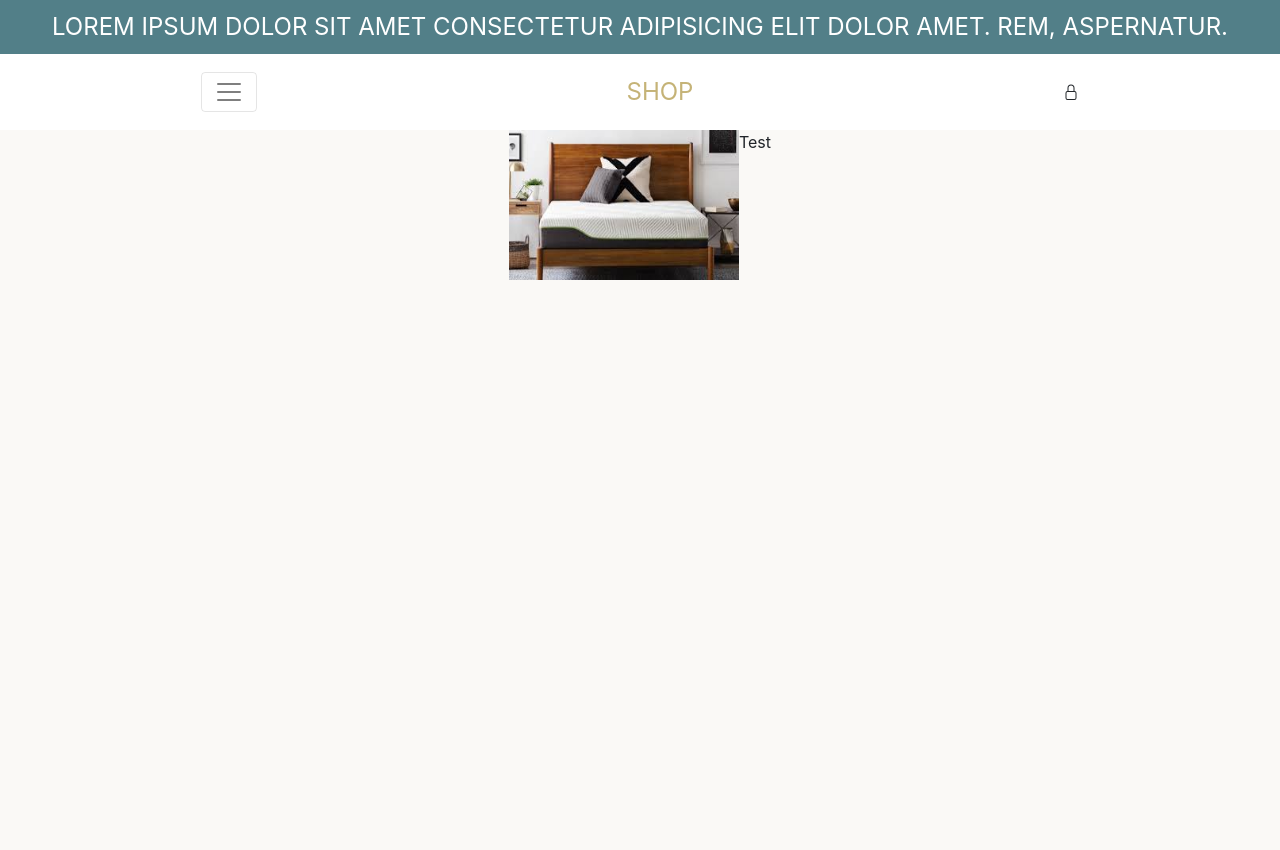
Repository: DaNiels89/frontendassignmentbogbootcamp
Page: index.html
These files come from the project's save history. The page is drawn as it stood at one moment and after the next save; the edit follows.
The browser window is 1280 px wide. The pictures show the whole page.

Above is the page before, as saved 2020-03-19 18:20:31.

### index.html
<!DOCTYPE html>
<html lang="en">
  <head>
    <meta charset="UTF-8" />
    <meta name="viewport" content="width=device-width, initial-scale=1.0" />
    <title>Front end Assignment - Carousel</title>
    <link
      rel="stylesheet"
      href="https://stackpath.bootstrapcdn.com/bootstrap/4.3.1/css/bootstrap.min.css"
      integrity="sha384-ggOyR0iXCbMQv3Xipma34MD+dH/1fQ784/j6cY/iJTQUOhcWr7x9JvoRxT2MZw1T"
      crossorigin="anonymous"
    />
    <link rel="stylesheet" href="css/styles.css" />
  </head>
  <body>
    <div class="promotion-bar">
      LOREM IPSUM DOLOR SIT AMET CONSECTETUR ADIPISICING ELIT DOLOR AMET. REM,
      ASPERNATUR.
    </div>

    <div class="pos-f-t">
      <div class="collapse" id="navbarToggleExternalContent">
        <div class="bg-dark p-4">
          <h4 class="text-white">Collapsed content</h4>
          <span class="text-muted">Toggleable via the navbar brand.</span>
        </div>
      </div>
      <nav class="navbar navbar-light bg-white">
        <button
          class="navbar-toggler"
          type="button"
          data-toggle="collapse"
          data-target="#navbarToggleExternalContent"
          aria-controls="navbarToggleExternalContent"
          aria-expanded="false"
          aria-label="Toggle navigation"
        >
          <span class="navbar-toggler-icon"></span>
        </button>

        <div class="navbar-div">SHOP</div>

        <svg
          class="bi bi-lock"
          width="1em"
          height="1em"
          viewBox="0 0 16 16"
          fill="currentColor"
          xmlns="http://www.w3.org/2000/svg"
        >
          <path
            fill-rule="evenodd"
            d="M11.5 8h-7a1 1 0 00-1 1v5a1 1 0 001 1h7a1 1 0 001-1V9a1 1 0 00-1-1zm-7-1a2 2 0 00-2 2v5a2 2 0 002 2h7a2 2 0 002-2V9a2 2 0 00-2-2h-7zm0-3a3.5 3.5 0 117 0v3h-1V4a2.5 2.5 0 00-5 0v3h-1V4z"
            clip-rule="evenodd"
          />
        </svg>
      </nav>
    </div>

    <div class="carousel-outer-div">
      <div class="carousel-inner-div">
        <img class="get-image" src="img/bed1.jpeg" alt="" />
        <div class="right-carousel">Test</div>
      </div>
    </div>
  </body>
</html>

### css/styles.css
* {
  box-sizing: border-box;
  margin: 0;
  padding: 0;
}

/* Promotion bar */
.promotion-bar {
  background-color: rgb(82, 127, 136);
  color: white;
  font-size: 1.5rem;
  text-align: center;
  width: 100%;
  height: auto;
  padding: 9px;
}

/* Navigation bar */
.navbar {
  width: 100%;
  display: flex;
  justify-content: space-around;
  margin: 10px 0;
}

.navbar-div {
  color: rgb(197, 179, 119);
  font-size: 1.5rem;
  text-align: center;
  align-items: center;
}

/* Carousel div */
.carousel-outer-div {
  background-color: rgb(250, 249, 246);
  height: 100vh;
  width: auto;
}

.carousel-inner-div {
  display: flex;
  justify-content: center;
}

.get-image {
  width: 230px;
  height: 150px;
}

After the next save:
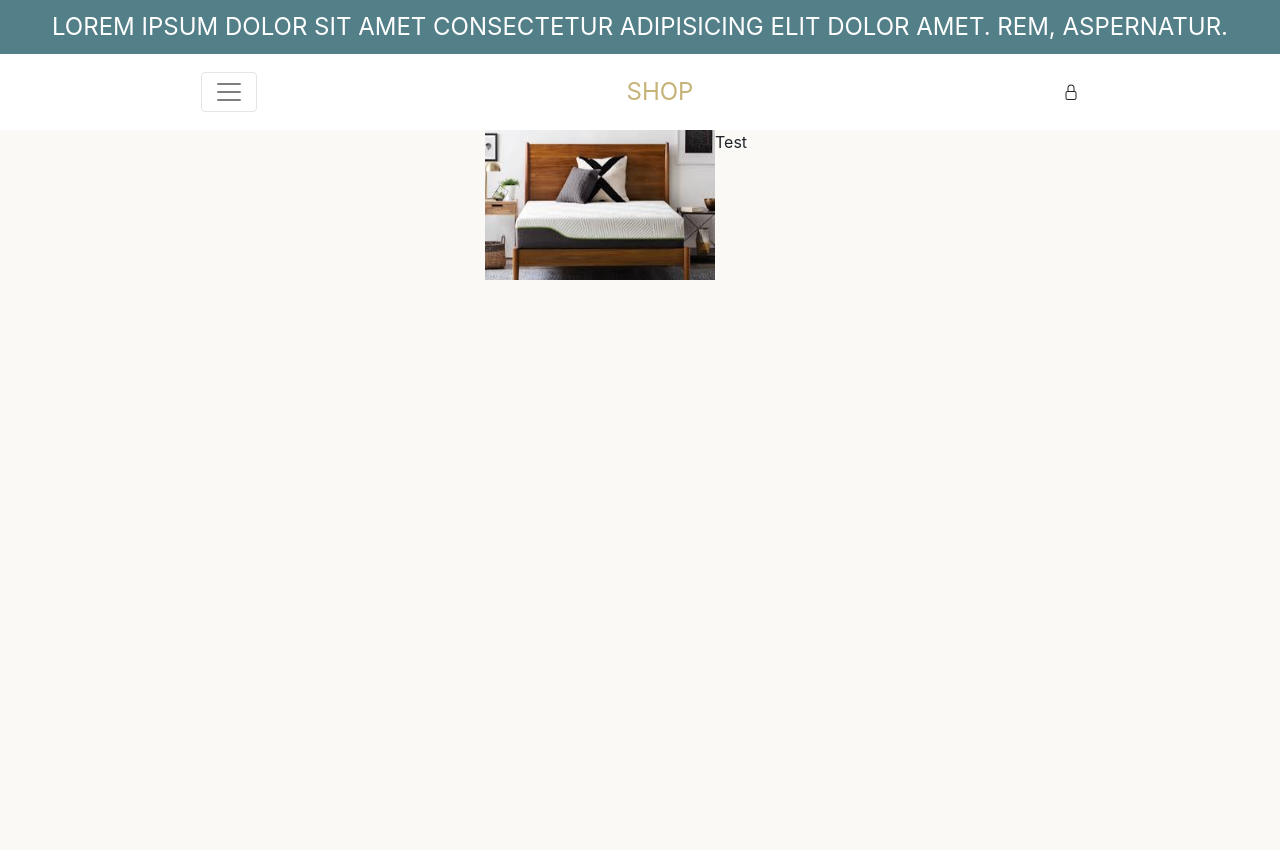
Saved 63 s later.
--- a/css/styles.css
+++ b/css/styles.css
@@ -46,3 +46,8 @@
   width: 230px;
   height: 150px;
 }
+
+.right-carousel {
+  width: 80px;
+  heigth: 200px;
+}
